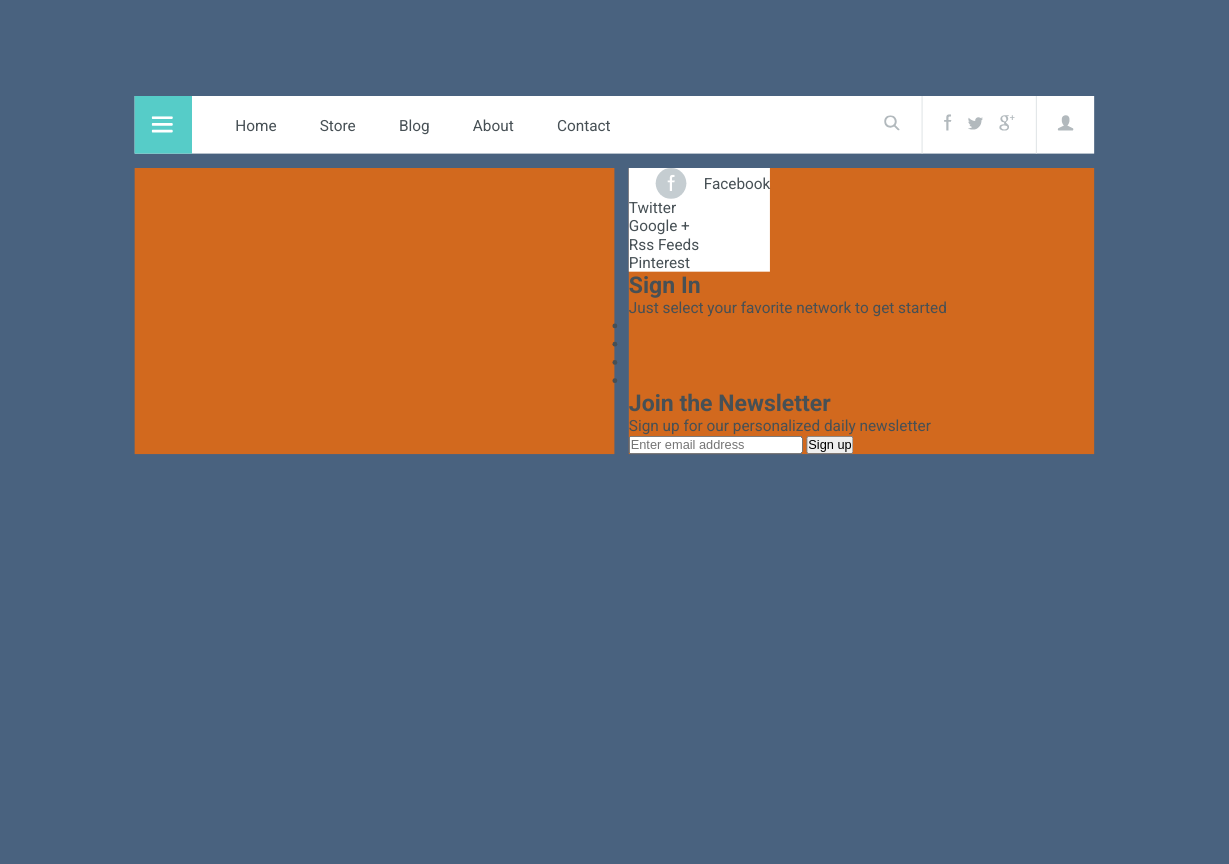
Repository: pawelczubak/WeeklyWebDevChallenge
Page: Challenge_4/index.html
The author's editor kept a copy of each file at every save. The page is drawn from the files as they stood at one save, then again after the next save.
The browser window is 1280 px wide. The pictures show the whole page, at 96% of full size.
Some web libraries are served in a nearby version.

Above is the page before, as saved 2020-04-27 20:18:35.

### Challenge_4/index.html
<!DOCTYPE html>
<html lang="en">

<head>
    <meta charset="UTF-8">
    <meta name="viewport" content="width=device-width, initial-scale=1.0">

    <title>Weekly WebDev Challenge - 4</title>

    <link href="https://fonts.googleapis.com/css2?family=Roboto:wght@300;400;700&display=swap" rel="stylesheet">
    <script src="https://kit.fontawesome.com/f64caa1a2c.js" crossorigin="anonymous"></script>

    <meta name="viewport" content="width = device-width, initial-scale=1, user-scalable=yes">
    <link rel="stylesheet" href="css/main.css">
</head>

<body>
    <div class="container">
        <!--  -----  NAVIGATION START  -----  -->
        <nav class="nav">
            <div class="nav-button">

                <svg xmlns="http://www.w3.org/2000/svg" xmlns:xlink="http://www.w3.org/1999/xlink" width="0.24in"
                    height="0.18in">
                    <path fill-rule="evenodd" fill="rgb(255, 255, 255)"
                        d="M20.653,17.008 L1.347,17.008 C0.603,17.008 -0.000,16.417 -0.000,15.690 L-0.000,15.372 C-0.000,14.644 0.603,14.055 1.347,14.055 L20.653,14.055 C21.397,14.055 22.000,14.644 22.000,15.372 L22.000,15.690 C22.000,16.417 21.397,17.008 20.653,17.008 ZM20.653,9.980 L1.347,9.980 C0.603,9.980 -0.000,9.390 -0.000,8.662 L-0.000,8.344 C-0.000,7.617 0.603,7.027 1.347,7.027 L20.653,7.027 C21.397,7.027 22.000,7.617 22.000,8.344 L22.000,8.662 C22.000,9.390 21.397,9.980 20.653,9.980 ZM20.653,2.952 L1.347,2.952 C0.603,2.952 -0.000,2.362 -0.000,1.635 L-0.000,1.317 C-0.000,0.589 0.603,-0.001 1.347,-0.001 L20.653,-0.001 C21.397,-0.001 22.000,0.589 22.000,1.317 L22.000,1.635 C22.000,2.362 21.397,2.952 20.653,2.952 Z" />
                </svg>

            </div>
            <ul class="nav-list">
                <li class="nav-list__item"><a href="#" class="nav-list__link">Home</a></li>
                <li class="nav-list__item"><a href="#" class="nav-list__link">Store</a></li>
                <li class="nav-list__item"><a href="#" class="nav-list__link">Blog</a></li>
                <li class="nav-list__item"><a href="#" class="nav-list__link">About</a></li>
                <li class="nav-list__item"><a href="#" class="nav-list__link">Contact</a></li>
            </ul>
            <div class="nav-icons">
                <div class="nav-icons__search">
                    <a href="#" class="nav-link__icon">
                        <svg xmlns="http://www.w3.org/2000/svg" xmlns:xlink="http://www.w3.org/1999/xlink"
                            width="0.18in" height="0.17in">
                            <path class="nav-icons__svg" fill-rule="evenodd" fill="rgb(178, 185, 189)"
                                d="M15.728,14.309 L11.786,10.388 C12.600,9.303 13.088,7.963 13.088,6.504 C13.088,2.908 10.157,-0.006 6.541,-0.006 C2.926,-0.006 -0.005,2.908 -0.005,6.504 C-0.005,10.100 2.926,13.014 6.541,13.014 C7.963,13.014 9.275,12.558 10.349,11.793 L14.304,15.726 C14.697,16.117 15.335,16.117 15.728,15.726 C16.121,15.335 16.121,14.700 15.728,14.309 ZM6.541,11.011 C4.038,11.011 2.009,8.994 2.009,6.504 C2.009,4.015 4.038,1.996 6.541,1.996 C9.044,1.996 11.073,4.015 11.073,6.504 C11.073,8.994 9.044,11.011 6.541,11.011 Z" />
                        </svg>
                    </a>
                </div>
                <ul class="nav-icons__social-list">
                    <li class="nav-icons__social-icons">
                        <a href="#" class="nav-link__icon">
                            <svg xmlns="http://www.w3.org/2000/svg" xmlns:xlink="http://www.w3.org/1999/xlink"
                                width="0.09in" height="0.18in">
                                <path class="nav-icons__svg" fill-rule="evenodd" fill="rgb(178, 185, 189)"
                                    d="M7.672,0.063 L6.069,0.063 C6.069,0.063 2.724,-0.188 2.724,3.338 C2.724,4.092 2.724,6.011 2.724,6.011 L0.453,6.011 L0.459,7.910 L2.723,7.910 L2.725,17.002 L5.000,17.002 L5.000,7.910 L7.507,7.910 L8.042,6.011 L5.013,6.011 L5.013,3.266 C5.013,3.266 4.988,2.341 6.072,2.341 L7.662,2.341 L7.672,0.063 Z" />
                            </svg>
                        </a>
                    </li>
                    <li class="nav-icons__social-icons">
                        <a href="#" class="nav-link__icon">
                            <svg xmlns="http://www.w3.org/2000/svg" xmlns:xlink="http://www.w3.org/1999/xlink"
                                width="0.17in" height="0.14in">
                                <path class="nav-icons__svg" fill-rule="evenodd" fill="rgb(178, 185, 189)"
                                    d="M16.027,1.547 C15.437,1.809 14.803,1.985 14.138,2.065 C14.817,1.659 15.338,1.015 15.584,0.250 C14.949,0.625 14.245,0.898 13.497,1.046 C12.897,0.408 12.043,0.009 11.097,0.009 C9.282,0.009 7.810,1.478 7.810,3.291 C7.810,3.547 7.839,3.799 7.895,4.039 C5.163,3.901 2.741,2.595 1.119,0.611 C0.837,1.095 0.674,1.658 0.674,2.259 C0.674,3.398 1.255,4.402 2.137,4.990 C1.598,4.974 1.091,4.825 0.648,4.579 C0.647,4.593 0.647,4.606 0.647,4.621 C0.647,6.211 1.781,7.537 3.285,7.838 C3.009,7.913 2.718,7.953 2.418,7.953 C2.207,7.953 2.000,7.933 1.800,7.894 C2.218,9.198 3.432,10.147 4.871,10.172 C3.746,11.053 2.328,11.578 0.788,11.578 C0.523,11.578 0.261,11.562 0.004,11.531 C1.459,12.462 3.187,13.006 5.043,13.006 C11.089,13.006 14.395,8.006 14.395,3.671 C14.395,3.529 14.393,3.387 14.387,3.246 C15.029,2.783 15.586,2.206 16.027,1.547 Z" />
                            </svg>
                        </a>
                    </li>
                    <li class="nav-icons__social-icons">
                        <a href="#" class="nav-link__icon">
                            <svg xmlns="http://www.w3.org/2000/svg" xmlns:xlink="http://www.w3.org/1999/xlink"
                                width="0.18in" height="0.18in">
                                <path class="nav-icons__svg" fill-rule="evenodd" fill="rgb(178, 185, 189)"
                                    d="M15.006,4.015 L15.006,5.999 L13.966,5.999 L13.966,4.015 L11.997,4.015 L11.997,3.013 L13.966,3.013 L13.966,0.971 L15.006,0.971 L15.006,3.013 L17.010,3.013 L17.010,4.015 L15.006,4.015 ZM8.900,2.055 C9.780,2.557 10.247,3.589 10.247,4.730 C10.247,5.777 9.666,6.620 8.845,7.259 C8.043,7.884 7.891,8.145 7.891,8.676 C7.891,9.129 8.849,9.803 9.290,10.132 C10.823,11.279 11.112,12.000 11.134,13.433 C11.162,15.338 9.199,17.001 6.054,17.001 C3.294,17.001 0.982,15.749 0.982,13.959 C0.982,11.258 2.897,10.385 5.657,10.385 C5.958,10.385 6.233,10.377 6.518,10.377 C6.141,10.013 5.836,9.697 5.836,9.144 C5.836,8.815 5.940,8.501 6.087,8.221 C5.938,8.231 5.785,8.241 5.627,8.241 C3.360,8.241 2.041,6.653 2.041,4.664 C2.041,2.715 4.050,0.969 6.459,0.969 C7.701,0.969 11.208,0.969 11.208,0.969 L10.147,2.055 L8.900,2.055 ZM6.121,11.642 C4.364,11.642 2.912,12.300 2.912,13.538 C2.912,14.799 4.207,15.828 5.999,15.828 C8.520,15.828 9.398,14.865 9.398,13.601 C9.398,13.449 9.394,13.295 9.341,13.156 C8.733,11.642 6.774,11.642 6.121,11.642 ZM8.249,4.923 C8.040,3.342 7.249,2.152 6.035,2.115 C4.820,2.079 3.755,3.182 3.966,4.764 C4.175,6.348 5.330,7.409 6.545,7.446 C7.760,7.481 8.458,6.507 8.249,4.923 Z" />
                            </svg>
                        </a>
                    </li>
                </ul>
                <div class="nav-icons__acount">
                    <a href="#" class="nav-link__icon">
                        <svg xmlns="http://www.w3.org/2000/svg" xmlns:xlink="http://www.w3.org/1999/xlink"
                            width="0.182in" height="0.18in">
                            <path class="nav-icons__svg" fill-rule="evenodd" fill="rgb(178, 185, 189)"
                                d="M15.993,17.030 L1.963,17.030 C1.394,17.030 0.932,16.569 0.932,15.999 L0.932,15.405 C0.932,14.535 1.963,14.374 1.963,14.374 L7.322,11.719 C5.880,10.561 5.056,8.283 5.056,7.156 L5.056,4.578 C5.056,2.871 6.903,0.969 9.181,0.969 C11.459,0.969 13.024,2.871 13.024,4.578 L13.024,7.156 C13.024,8.394 12.208,10.604 10.779,11.729 L15.993,14.374 C15.993,14.374 17.024,14.551 17.024,15.405 L17.024,15.999 C17.024,16.569 16.562,17.030 15.993,17.030 Z" />
                        </svg>
                    </a>
                </div>
            </div>
        </nav>

        <!--  -----  NAVIGATION END  -----  -->

        <!--  -----  MAIN START  -----  -->
        <main class="main">
            <!--  -----  MENU SECTION START  -----  -->
            <section class="menu-section"></section>
            <!--  -----  MENU SECTION END  -----  -->

            <!--  -----  SOCIAL SECTION START  -----  -->
            <section class="social-section">
                <article class="social-section__socials-container">
                    <ul class="socials-container__socials-list">
                        <li class="socials-container__socials-items">
                            <a href="#" class="socials-container__socials-link">
                                <div class="social-link__icon">
                                    <svg xmlns="http://www.w3.org/2000/svg" xmlns:xlink="http://www.w3.org/1999/xlink"
                                        width="0.09in" height="0.18in">
                                        <path class="nav-icons__svg" fill-rule="evenodd" fill="rgb(255, 255, 255)"
                                            d="M7.672,0.063 L6.069,0.063 C6.069,0.063 2.724,-0.188 2.724,3.338 C2.724,4.092 2.724,6.011 2.724,6.011 L0.453,6.011 L0.459,7.910 L2.723,7.910 L2.725,17.002 L5.000,17.002 L5.000,7.910 L7.507,7.910 L8.042,6.011 L5.013,6.011 L5.013,3.266 C5.013,3.266 4.988,2.341 6.072,2.341 L7.662,2.341 L7.672,0.063 Z" />
                                    </svg>
                                </div>
                                <p>Facebook</p>
                            </a>
                        </li>
                        <li class="socials-container__socials-items">
                            <a href="#" class="socials-container__socials-link">Twitter</a>
                        </li>
                        <li class="socials-container__socials-items">
                            <a href="#" class="socials-container__socials-link">Google +</a>
                        </li>
                        <li class="socials-container__socials-items">
                            <a href="#" class="socials-container__socials-link">Rss Feeds</a>
                        </li>
                        <li class="socials-container__socials-items">
                            <a href="#" class="socials-container__socials-link">Pinterest</a>
                        </li>
                    </ul>
                    <div class="socials-container__follow-items">
                        <div class="socials-container__facebook-widget"></div>
                        <div class="socials-container__twitter-widget"></div>
                    </div>
                </article>
                <article class="social-section__sign-in">
                    <h2 class="socials-container__header">Sign In</h2>
                    <p class="sign-in__paragraph">Just select your favorite network to get started</p>
                    <ul class="sign-in__list">
                        <li class="sign-in__item"><a href="#" class="sign-in__link"></a></li>
                        <li class="sign-in__item"><a href="#" class="sign-in__link"></a></li>
                        <li class="sign-in__item"><a href="#" class="sign-in__link"></a></li>
                        <li class="sign-in__item"><a href="#" class="sign-in__link"></a></li>
                    </ul>
                </article>
                <article class="social-section__newsletter">
                    <h2 class="socials-container__header">Join the Newsletter</h2>
                    <p class="newsletter__paragraph">Sign up for our personalized daily newsletter</p>
                    <form action="GET" class="newsletter__form">
                        <input placeholder="Enter email address" type="email" name="email" required
                            class="newsletter__input" autocomplete="off" />
                        <button class="newsletter__button" formenctype="multipart/form-data" type="submit">Sign
                            up</button>
                    </form>
                </article>
            </section>
            <!--  -----  SOCIAL SECTION END  -----  -->
        </main>
        <!--  -----  MAIN END  -----  -->


    </div>

    <script src="js/main.js" type="text/javascript"></script>
</body>

</html>

### Challenge_4/css/main.css
*,
*::after,
*::before {
    box-sizing: border-box;
    margin: 0;
    padding: 0;
}

/*------------------  GLOBAL START  ------------------*/
body {
    margin: 0;
    padding: 0;
    font: 16px 'Roboto', sans-serif;
    color: #475055;
    background-color: #49627f;
}

.container {
    max-width: 1000px;
    min-height: 700px;
    margin: 100px auto;
    overflow: hidden;
}

/*------------------  GLOBAL END  ------------------*/
/*------------------  NAV START  ------------------*/
.nav {
    position: relative;
    display: flex;
    justify-content: left;
    width: 100%;
    height: 60px;
    background-color: #ffffff;
    margin-bottom: 15px;
}

.nav-button {
    display: flex;
    align-items: center;
    justify-content: center;
    background-color: #56ccc8;
    width: 60px;
    cursor: pointer;
    pointer-events: none;
}

.nav-button:hover {
    background-color: #56ddd8;
}

.nav-list {
    display: flex;
    list-style: none;

}

.nav-list__item {
    padding-left: 45px;
    display: flex;
    align-items: center
}

.nav-list__link {
    text-decoration: none;
    color: #475055;
}

.nav-list__link:hover {
    color: #56ccc8;
}

.nav-icons {
    display: flex;
    align-items: center;
    margin-left: auto;
}

.nav-icons__search {
    width: 60px;
    display: flex;
    justify-content: center;
}

.nav-link__icon {}

.nav-icons__social-list {
    position: relative;
    display: flex;
    height: 100%;
    justify-content: space-around;
    align-items: center;
    width: 120px;
    padding: 0 15px;
}

.nav-icons__social-list::before,
.nav-icons__social-list::after {
    position: absolute;
    content: '';
    top: 0;
    height: 100%;
    width: 1px;
    background-color: #dde2e4;
}

.nav-icons__social-list::after {
    left: 0;
}

.nav-icons__social-list::before {
    right: 0;
}

.nav-icons__social-icons {
    list-style: none;
}

.nav-icons__acount {
    width: 60px;
    display: flex;
    justify-content: center;
}

.nav-link__icon:hover .nav-icons__svg {
    fill: #152840;
}

/*------------------  NAV END  ------------------*/
/*------------------  MAIN START  ------------------*/
.main {
    display: flex;
    width: 100%;
}

/*------------------  MENU SECTION START  ------------------*/
.menu-section {
    width: 50%;
    /*    !!!!!!!!!!  ONLY FOR TEST !!!!!! */
    min-heignt: 500px;
    background-color: chocolate;
}

/*------------------  MENU SECTION END  ------------------*/
/*------------------  SOCIAL SECTION START  ------------------*/
.social-section {
    width: calc(50% - 15px);
    margin-left: 15px;

    background-color: chocolate;

}

.social-section__socials-container {
    display: flex;
}

.socials-container__socials-list {
    list-style: none;
    background-color: #ffffff;
}

.socials-container__socials-items {}

.social-link__icon {
    display: flex;
    justify-content: center;
    align-items: center;
    height: 32px;
    width: 32px;
    background-color: #c5cdd1;
    border-radius: 50%;
    margin: 0 18px 0 28px;
}

.socials-container__socials-link {
    display: flex;
    align-items: center;
    text-decoration: none;
    color: #475055;

}

/*------------------  SOCIAL SECTION END  ------------------*/

/*------------------  MAIN END  ------------------*/

/*------------------  MEDIAQUERY START  ------------------*/

@media screen and (max-width: 1024px) {
    .container {
        max-width: 95%;
    }
}

@media screen and (max-width: 800px) {
    .container {
        margin: 15px auto;
    }

    /*------------------  NAV START  ------------------*/
    .nav-button {
        pointer-events: all;
    }

    .nav-list {
        position: absolute;
        flex-direction: column;
        background-color: #ffffff;
        width: 50%;
        top: 60px;
        left: 0;
        height: 500px;
        justify-content: space-around;
        align-items: center;
        transform: translateX(-101%);
        transition: all 0.2s ease-in;
    }

    .nav-list__item {
        opacity: 0;
        padding: 0;
    }

    /*------------------  NAV END  ------------------*/
}

.nav-list--active {
    transform: translateX(0%);
}

/*------------------  MEDIAQUERY END  ------------------*/

/*------------------  ANIMATIONS  ------------------*/
@keyframes navLinkFade {
    from {
        opacity: 0;
        transform: translateX(-50px);
    }

    to {
        opacity: 1;
        transform: translateX(0px);
    }
}

### Challenge_4/js/main.js
const navSlide = () => {
    const burger = document.querySelector('.nav-button');
    const nav = document.querySelector('.nav-list');
    const navLinks = document.querySelectorAll('.nav-list__item');



    burger.addEventListener('click', () => {
        //Toggle nav
        nav.classList.toggle('nav-list--active');

        //Animate links
        navLinks.forEach((link, index) => {
            if (link.style.animation) {
                link.style.animation = ''
            } else {
                link.style.animation = `navLinkFade 0.5s ease forwards ${index / 7 + 0.2}s`;
            }

        });
    });


}

navSlide();

After the next save:
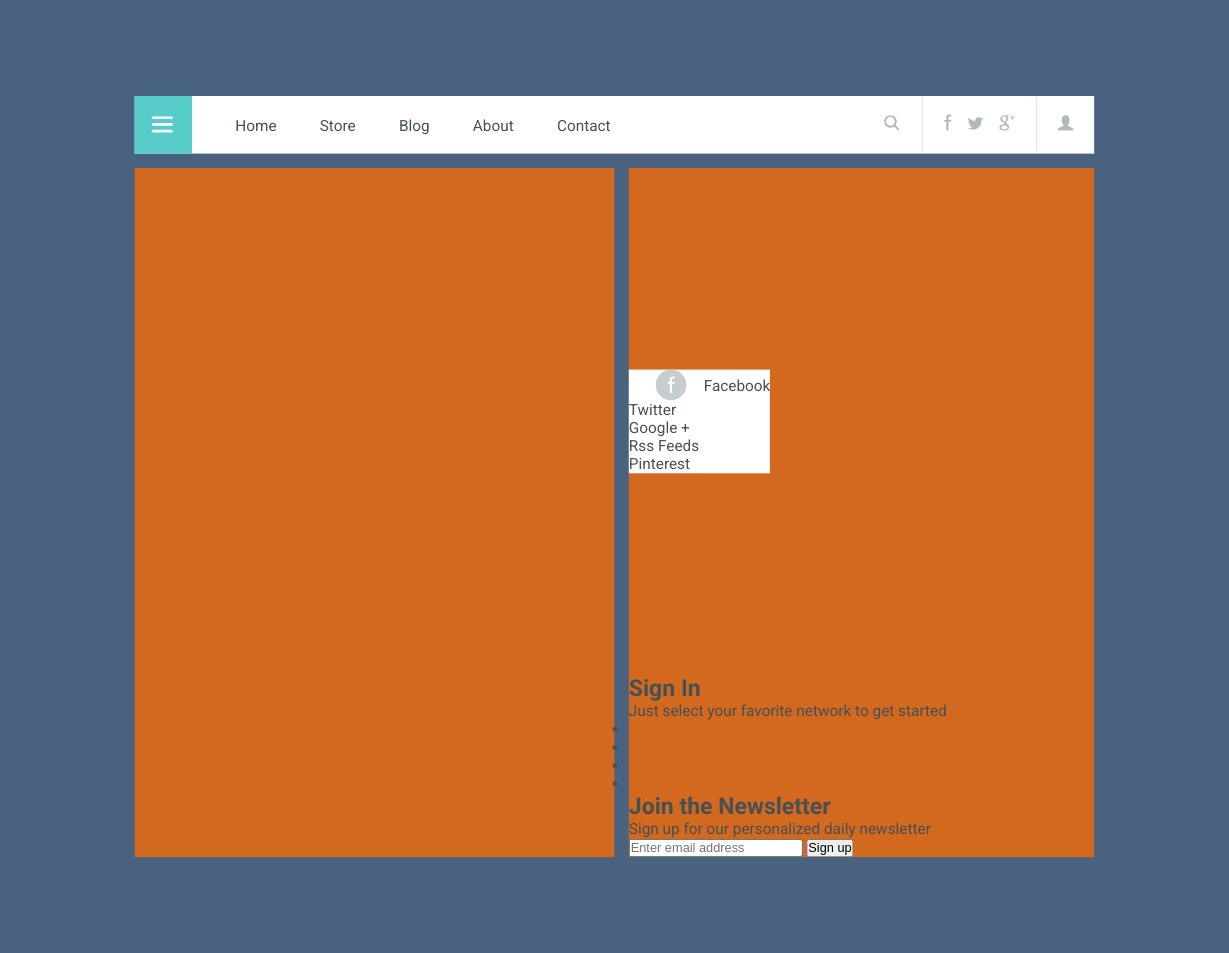
Saved 63 s later.
--- a/Challenge_4/css/main.css
+++ b/Challenge_4/css/main.css
@@ -157,6 +157,7 @@ body {
 .socials-container__socials-list {
     list-style: none;
     background-color: #ffffff;
+    margin: 210px 0;
 }
 
 .socials-container__socials-items {}
